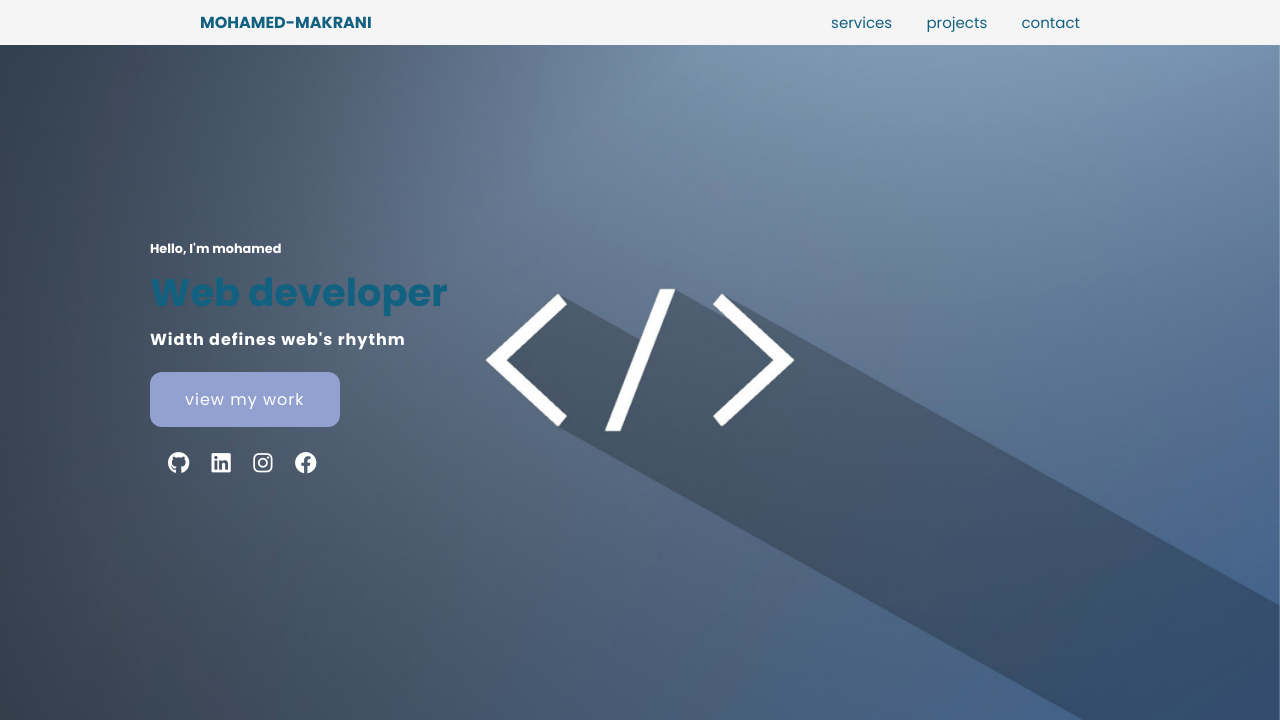
Repository: mohamed-makrani/Portfolio
Page: indixe.html
These files come from the project's save history. The page is drawn as it stood at one moment and after the next save; the edit follows.
The browser window is 1280 px wide. The pictures show the whole page.

Above is the page before, as saved 2023-09-16 16:24:08.

### indixe.html
<!DOCTYPE html>
<html lang="en">
<head>
    <meta charset="UTF-8">
    <meta name="descreption" content="makrani-mohamed/portfilio"/>
    <title>Mohamed-makrani</title>
    <link rel="stylesheet" href="https://cdnjs.cloudflare.com/ajax/libs/font-awesome/6.4.2/css/all.min.css"/>
    <link  rel="stylesheet" href="style.css" />
</head>
<body>
    <header>
        <a class="logo" href="#" >Mohamed-makrani</a>
        <nav class="navigation">
            <a href="#" >services</a>
            <a href="#" > projects</a>
            <a href="#"> contact </a>

        </nav>
    </header>
    <section class="main">
        <div>
            <h6>Hello, I'm mohamed </h6>
            <h1>Web developer</h1>
            <h4>Width defines web's rhythm</h4>
        <a href="#" class="main-button">view my work</a>
        <div class="social-media">
            <a href="#" ><i class="fa-brands fa-github"></i></a>
            <a href="#" ><i class="fa-brands fa-linkedin"></i></a>
            <a href="#"><i class="fa-brands fa-instagram"></i></a>
            <a href="#"><i class="fa-brands fa-facebook"></i></a>
        </div>
        </div>















    </section>





















</body>
</html>

### style.css
@import url('https://fonts.googleapis.com/css2?family=Poppins:ital,wght@0,200;0,300;0,400;0,500;0,600;0,700;0,800;0,900;1,100;1,200;1,300;1,400;1,500;1,600;1,700;1,800;1,900&display=swap');

*{

    font-family: 'Poppins', sans-serif;
    margin: 0;
    padding: 0;
    box-sizing: border-box;
    scroll-behavior: smooth;
}
 header{

    background-color: #f5f5f5;
    width: 100%;
    position: fixed;
    display: flex;
    z-index: 999;
    justify-content: space-between;
    align-items: center;
    padding: 10px 200px;

 }
 .logo {
    /* default is 16 px */

    text-decoration: none;
    font-size: 16px;
    color: #126180;
    text-transform: uppercase;
    font-weight: 700;
 }
 .navigation a{
    color: #126180;
    font-size: 15px;
    font-weight: 500px;
    text-decoration: none;
    padding-left:  30px;

 }
.navigation a:hover {

color: rgb(83, 15, 146);
}
 section {

   padding: 100px 150px;
 }
 .main{

   width: 100%;
   min-height: 100vh;
   display: flex;
   align-items: center;
   background:url(backround.jpg) no-repeat;
   background-size: cover;
   background-position:center ;
   background-attachment: fixed;

 }
 .main h6 {

   color: white;
   font-weight:500px ;
   font-size: 0.8em;


 }

 .main h1 {

   color:#126180 ;
   font-size: 2.4em;
   font-weight: 500px;
   margin-top: 6px;
 }
 .main h4 {

   color: white;
   font-size: 1em;
   font-weight: 500px;
   margin-top: 6px;
   margin-bottom: 20px;
   letter-spacing:1px;
 }
.main-button {

color : white;
text-decoration: none;
background-color: #92a1cf;
letter-spacing : 1px;
font-size: 1em;
font-weight: 600px;
display: inline-block;
padding: 0.935em 2.187em;
border-radius: 12px;
margin-bottom: 20px;
transition: 0.7s ease;

}
.main-button :hover{
   background-color:#545aa7;
   transform: scale(1.1);
}
.social-media a{

   color: white;
   font-size: 22px;
   padding-left: 18px;

}

After the next save:
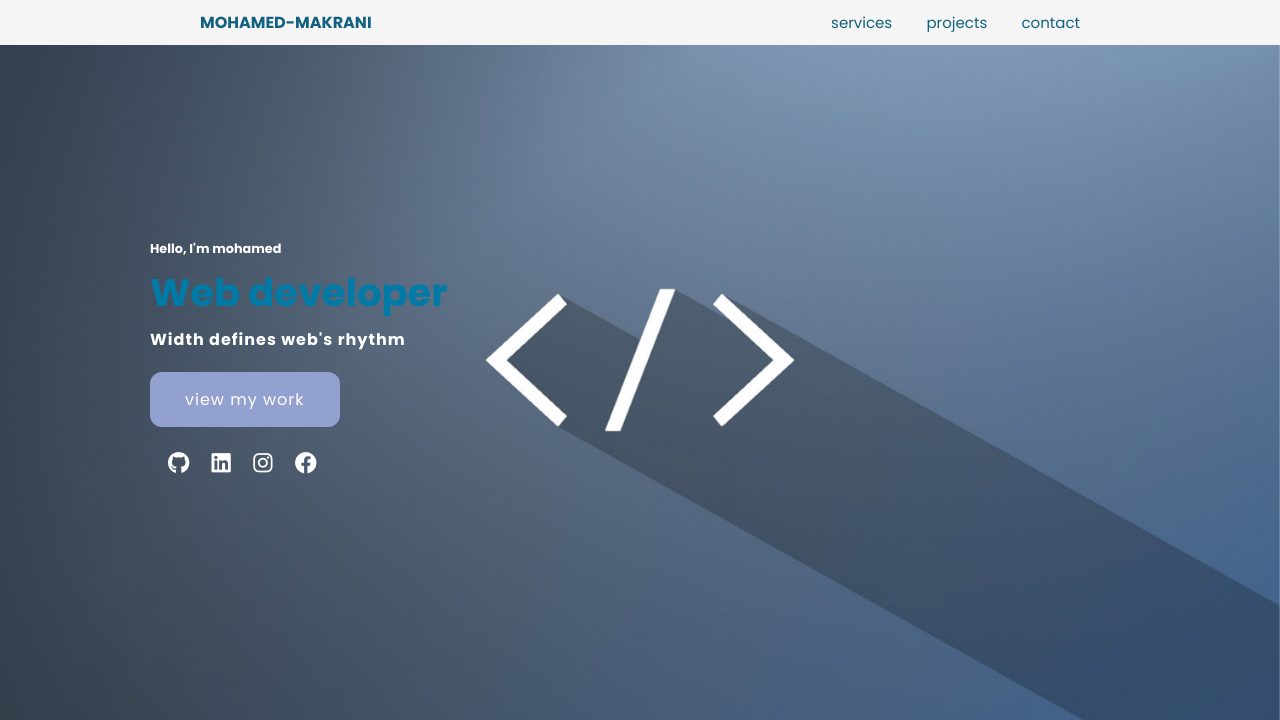
Saved 44 s later.
--- a/style.css
+++ b/style.css
@@ -68,7 +68,7 @@ color: rgb(83, 15, 146);
 
  .main h1 {
 
-   color:#126180 ;
+   color:#007ba7 ;
    font-size: 2.4em;
    font-weight: 500px;
    margin-top: 6px;
